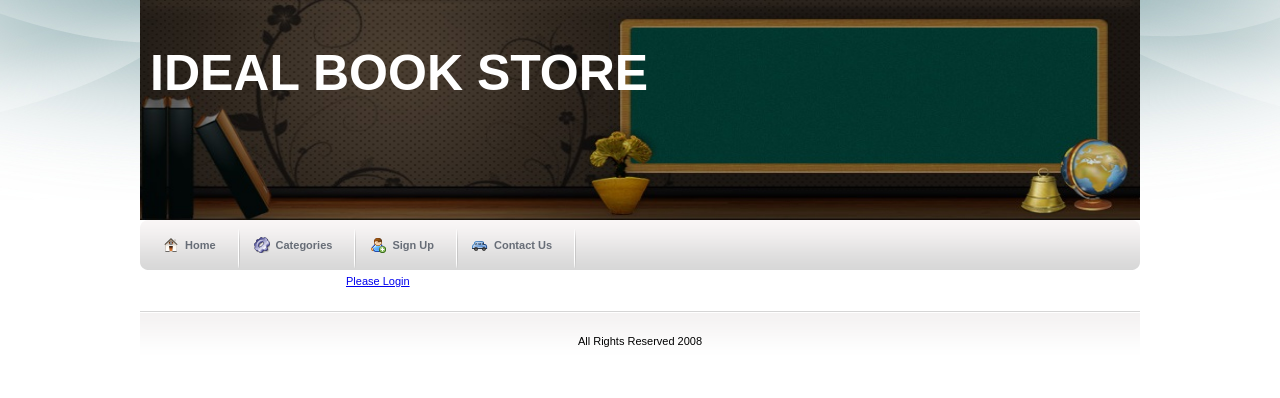
Repository: tusharjain887/Online-Book-Sales
Page: http://localhost/OnlineBook/create_thread.jsp
The author's editor kept a copy of each file at every save. The page is drawn from the files as they stood at one save, then again after the next save.
The browser window is 1280 px wide. The pictures show the whole page.
The page is served by Tomcat 9. Queries for data that is not in the repository find no rows.

Above is the page before, as saved 2013-04-08 12:54:42.

After the next save:
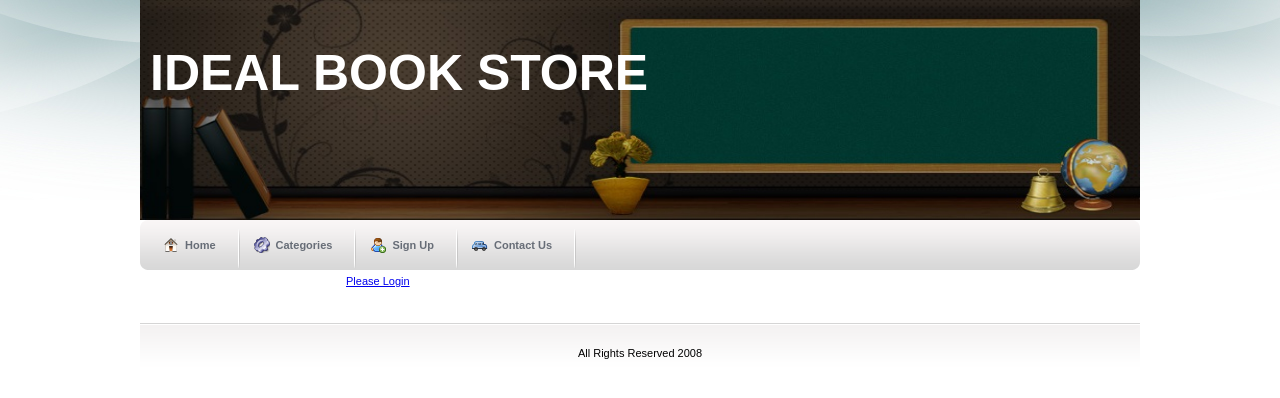
Saved 92 s later.
--- a/PROJECT/workspace/workspace/OnlineBook/WebContent/create_thread.jsp
+++ b/PROJECT/workspace/workspace/OnlineBook/WebContent/create_thread.jsp
@@ -92,8 +92,74 @@ if(c!=null)
     </div>
     <!-- end of center content -->
     <div class="right_content">
-     <br><br><br>
+     <br><br>
+     <%
+    if(c!=null)
+    {
+    	%>
+    	<div class="shopping_cart">
+        <div class="cart_title">Shopping cart</div>
+        <%
+        try{
+        	Class.forName("com.ibm.db2.jcc.DB2Driver").newInstance();
+            Connection Conn1=DriverManager.getConnection("jdbc:db2://localhost:50000/BOOKS","Rakesh","Rakesh");
+            Connection Conn2=DriverManager.getConnection("jdbc:db2://localhost:50000/BOOKS","Rakesh","Rakesh");
+        PreparedStatement ps1=Conn1.prepareStatement("SELECT sum(s.quantity)FROM TEMP s");
+        PreparedStatement ps2=Conn2.prepareStatement("SELECT sum(s.quantity * s.cost)FROM TEMP s");
+        ResultSet rs1=ps1.executeQuery();
+        ResultSet rs2=ps2.executeQuery();
+        while(rs1.next())
+        {
+        	String value=rs1.getString(1);
+        	if(value==null)
+        	{value="0";}
+    		%>
+        <div class="cart_details"><%out.println(value);%> items <br />
+      <%
+    }
+        while(rs2.next())
+        {
+    		String value=rs2.getString(1);
+        	if(value==null)
+        	{value="0";}
+    		%>
+          <span class="border_cart"></span> Total: <span class="price"><%out.println(value);%></span> </div>
+      <%
+    }
+	ps1.close();
+	Conn1.close();
+	ps2.close();
+	Conn2.close();
+	}
+	catch(Exception ex){
+	    out.println(ex);
+	}
 
+      %>
+
+
+
+        <div class="cart_icon"><a href="view_cart.jsp" title="header=[Checkout] body=[&nbsp;] fade=[on]"><img src="images/shoppingcart.png" alt="" width="48" height="48" border="0" /></a></div>
+        </div>
+     <%
+     }
+     %>
+     <br><br>
+     <center>
+
+        <%
+        Connection Conn10=DriverManager.getConnection("jdbc:db2://localhost:50000/BOOKS","Rakesh","Rakesh");
+      PreparedStatement ps10=Conn10.prepareStatement("SELECT IMAGEURL FROM ADVERTISEMENT ORDER BY AD_ID DESC LIMIT 3,6");
+	ResultSet rs10=ps10.executeQuery();
+	while(rs10.next())
+    {
+		%>
+      <div class="banner_adds"><br><br><br> <%out.println("<img src='C:/Uploaded Images/"+rs10.getString(1)+"'></img>");%> </div>
+      <%
+      }
+	ps10.close();
+	Conn10.close();
+      %>
     </div>
     <!-- end of right content -->
   </div>
